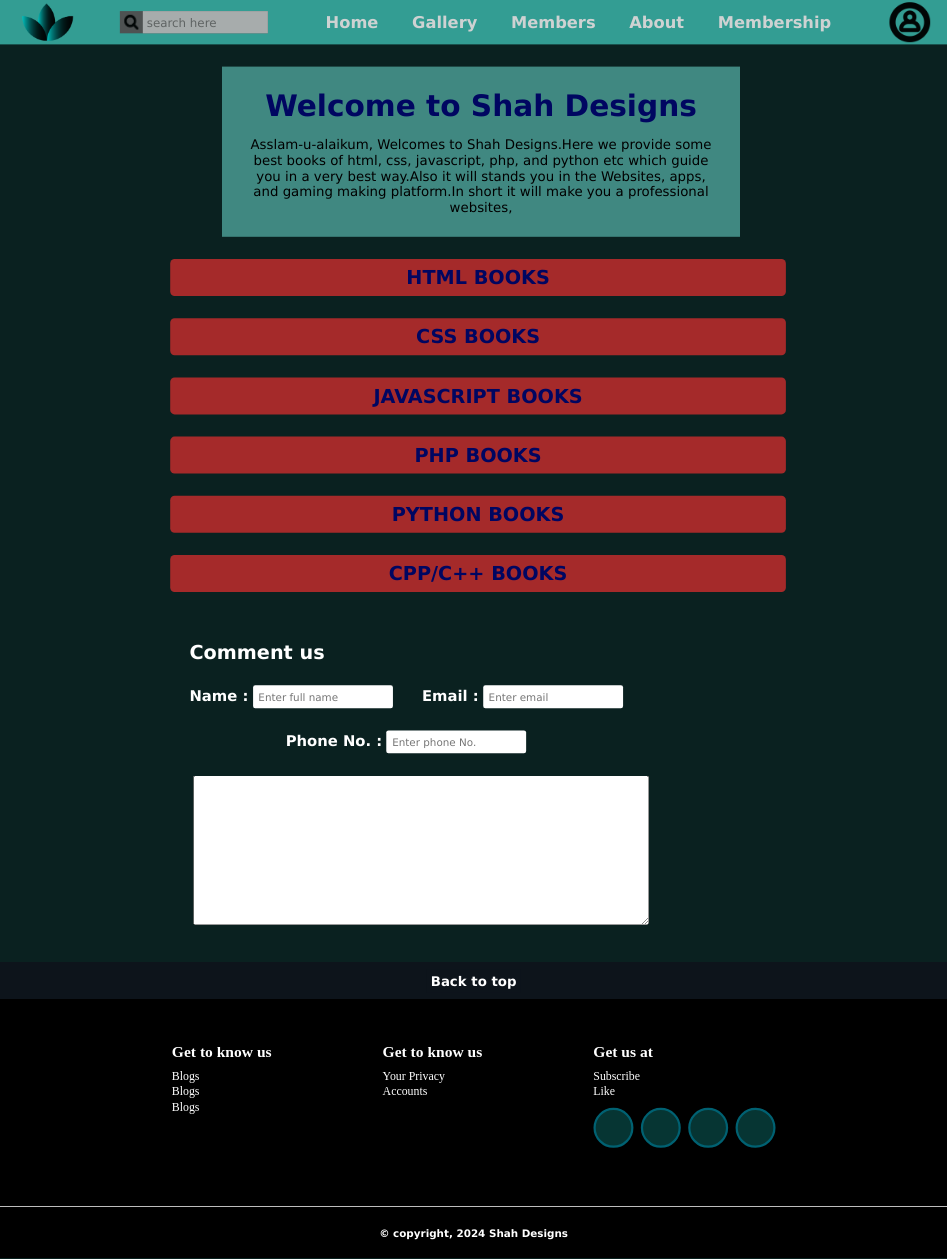
Repository: RawahaMR11/my_assignments
Page: rawaha computer/Shah Designs web/Shah home page.html
These files come from the project's save history. The page is drawn as it stood at one moment and after the next save; the edit follows.
The browser window is 1280 px wide. The pictures show the whole page, at 74% of full size.

Above is the page before, as saved 2024-12-13 11:19:25.

After the next save:
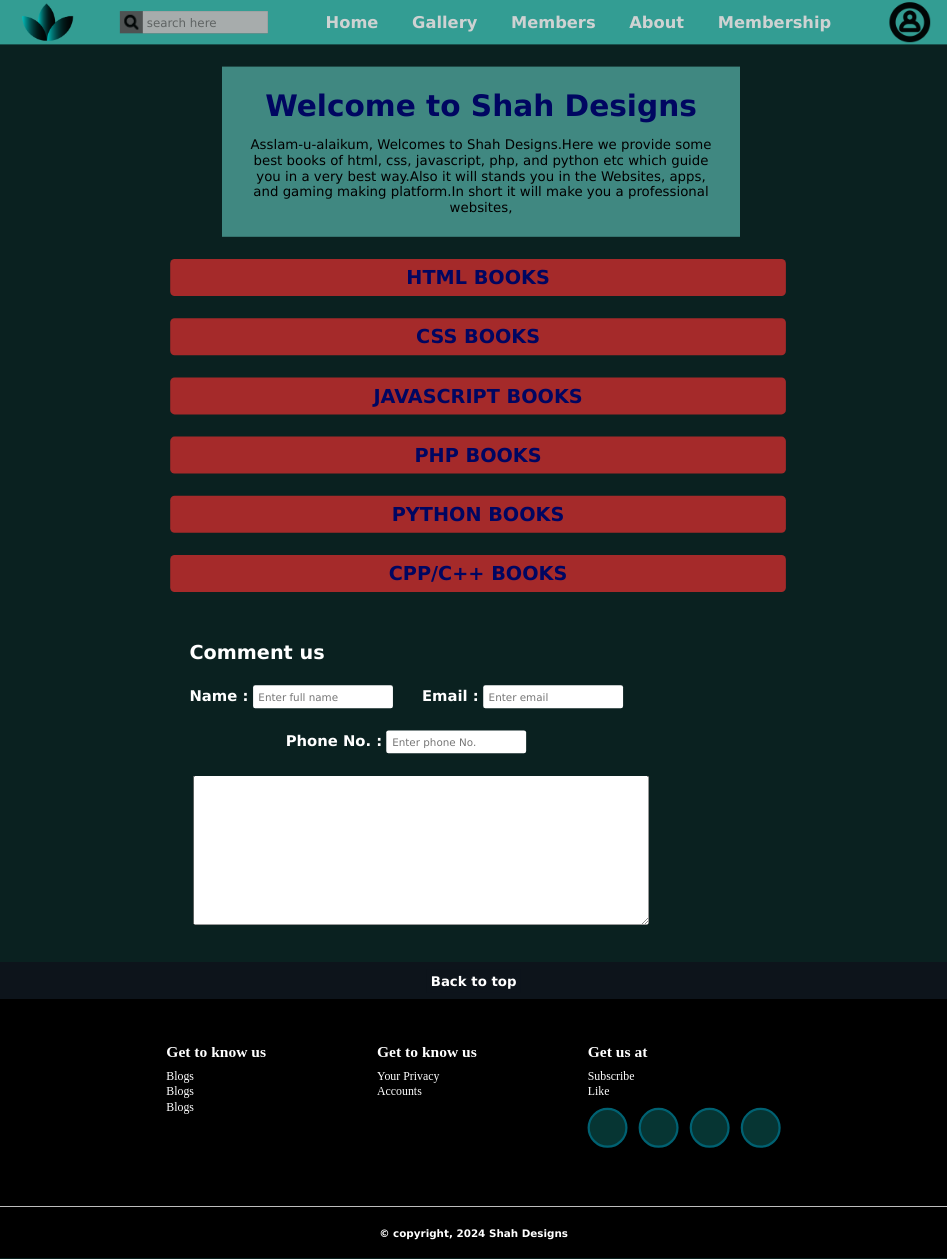
Saved 7 s later.
--- a/rawaha computer/Shah Designs web/Shah home page.css
+++ b/rawaha computer/Shah Designs web/Shah home page.css
@@ -399,7 +399,7 @@ footer {
 .relation {
       display: flex;
       align-items: center;
-      gap: 10px;
+      gap: 15px;
 }
 #insta {
       height: 3rem;
